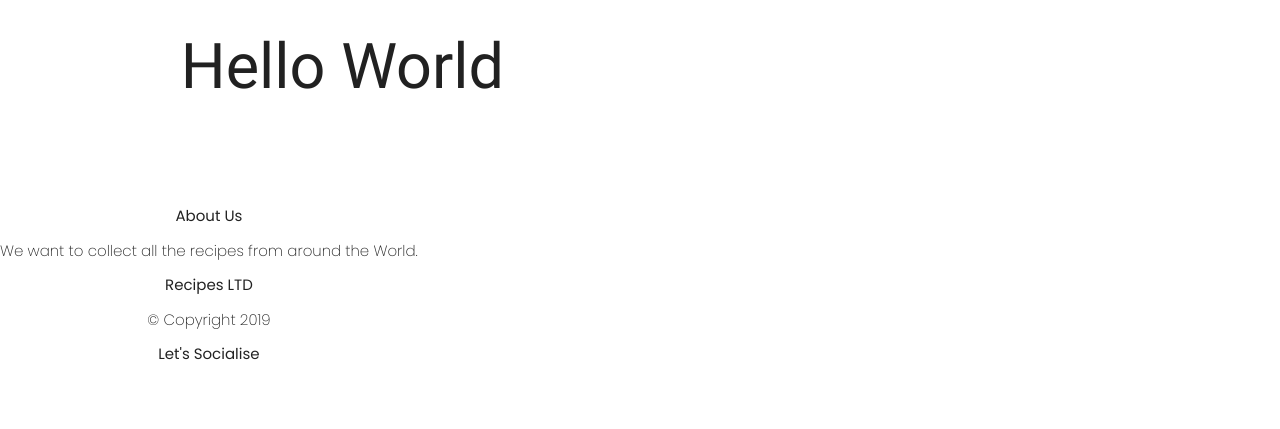
Repository: MarzDell/milestone-project
Page: http://localhost/
The author's editor kept a record of every edit. The page is drawn from the files as they stood at one moment, then again after the next edit.
The browser window is 1280 px wide. The pictures show the whole page.
The page is served by the project's application, run on Flask 3 (app.py). Queries for data that is not in the repository find no rows.

Above is the page before.

### templates/main.html
{% extends 'index.html' %}
{% block content %}


<div class='row'>
    <h1>Hello World</h1>
</div>
{% endblock %}

### templates/index.html
<!DOCTYPE html>
<html lang="en">
<head>
    <link href="https://fonts.googleapis.com/icon?family=Material+Icons" rel="stylesheet">
    <link rel="stylesheet"  href="https://cdnjs.cloudflare.com/ajax/libs/materialize/0.100.2/css/materialize.min.css">
    <link rel="stylesheet" href="{{ url_for('static', filename='css/style.css') }}" type="text/css" />
</head>
<body>

    <div class='container'>
            {% block content %}
            {% endblock %}
    </div>
     <footer class="container-fluid ">
            <div class="row ">
                <div class="col-sm-4 ">
                    <h6 class="general about">About Us</h6>
                    <p class="inline-block ">
                        We want to collect all the recipes from around the World.
                    </p>
                </div>
                <div class="col-sm-4 ">
                    <h6 class="general copyright">Recipes LTD</h6>
                    <p class="inline-block">
                        &copy; Copyright 2019
                    </p>
                </div>
                <div class="col-sm-4 ">
                    <h6 class="general social">Let's Socialise</h6>
                    <ul class="list-inline social-links ">
                        <li><a target="_blank" href="# "><i class="fa fa-facebook "></i></a></li>
                        <li><a target="_blank" href="# "><i class="fa fa-twitter "></i></a></li>
                        <li><a target="_blank" href="# "><i class="fa fa-instagram "></i></a></li>
                        <li><a target="_blank" href="# "><i class="fa fa-youtube "></i></a></li>
                    </ul>
                </div>
            </div>
        </footer>

    <script src="https://cdnjs.cloudflare.com/ajax/libs/jquery/3.4.1/jquery.min.js"></script>
    <script src="https://cdnjs.cloudflare.com/ajax/libs/materialize/0.100.2/js/materialize.min.js"></script>

</body>
</html>

### app.py
import os
from flask import Flask, render_template, redirect, request, url_for
from flask_pymongo import PyMongo
from bson.objectid import ObjectId

app = Flask(__name__)


app.config['MONGO_DBNAME'] = 'mileston-project'
app.config['MONGO_URI'] = 'mongodb+srv://Cat:Kot@myfirstcluster-tlipu.mongodb.net/milestone-project?retryWrites=true&w=majority'
mongo = PyMongo(app)

@app.route('/')

@app.route('/main')
def main():
    return render_template('main.html',
                            tasks=mongo.db.tasks.find())

if __name__ == '__main__':
    app.run(host=os.environ.get('IP'),
            port=int(os.environ.get('PORT')),
            debug=True)

### static/css/style.css
@import url('https://fonts.googleapis.com/css?family=Raleway:100,200,300,400,500,600,700|Poppins:100,200,300,400,500,600,700');

footer {
    margin: 0 auto;
    position: absolute;
    margin-top: 30px;
    padding-top: 25px;
}

.col-sm-4 {
    text-align: center;
}

.fa {
    font-size: 30px;
}

.col-sm-4 {
    font-family: 'Poppins', sans-serif;
    font-weight: 200;
}

After the next edit:
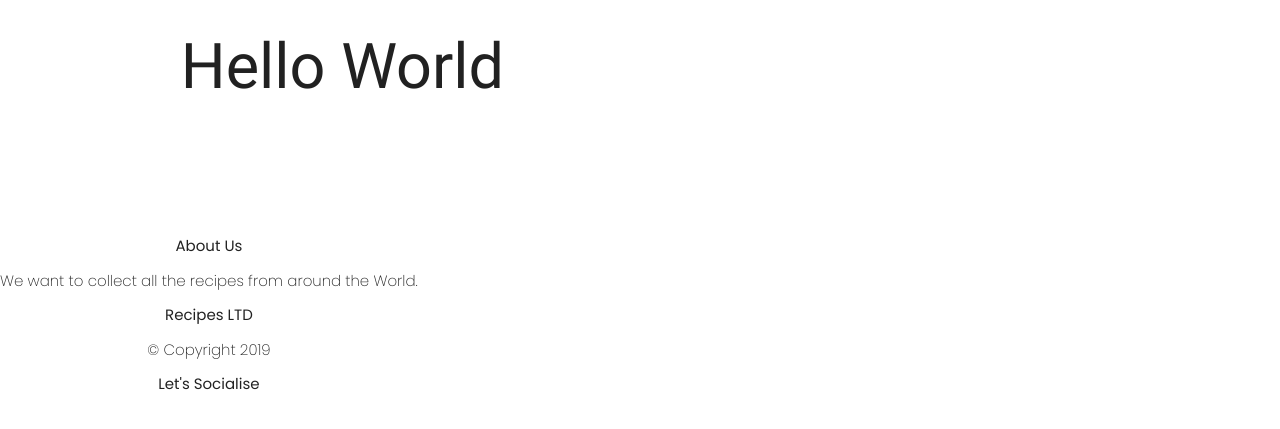
The edit:
--- a/static/css/style.css
+++ b/static/css/style.css
@@ -3,8 +3,8 @@
 footer {
     margin: 0 auto;
     position: absolute;
-    margin-top: 30px;
-    padding-top: 25px;
+    margin-top: 50px;
+    padding-top: 35px;
 }
 
 .col-sm-4 {
